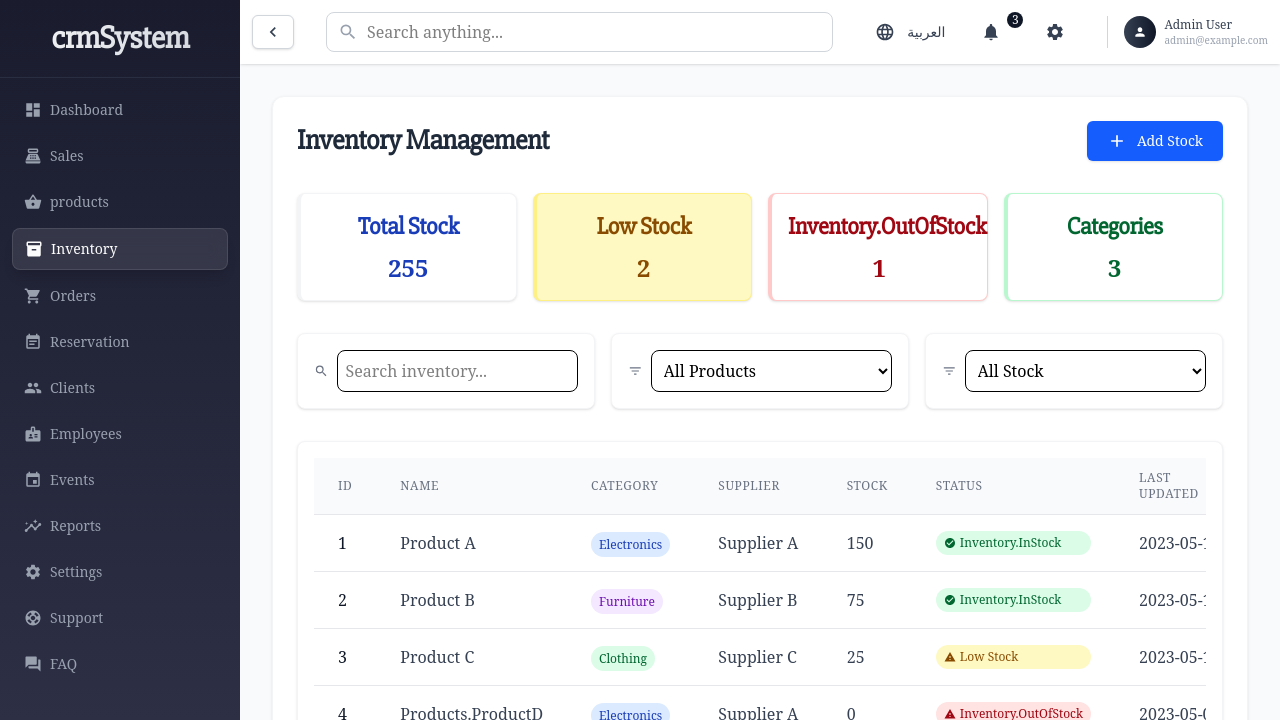
Repository: ahmedgamalalzatary/dashboard
Page: /, after clicking the first element matching `nav.overflow-y-auto > :nth-child(4)`
An editor plug-in stored every save of this project. The page is shown before and after the next save, followed by the edit.
The browser window is 1280 px wide. The pictures show the whole page.
An inner scrolling area shows only its first screen. The project was rebuilt for these pictures with package versions that can differ from the ones it lists, and the page was loaded fresh each time. Also part of the build but not shown: vite.config.js, src/Components/NotificationsPopup.jsx, src/Components/UI/Alerts.jsx, src/Components/UI/Modal.jsx, src/Pages/Sales.jsx, src/Pages/Products.jsx, src/Pages/Orders.jsx, src/Pages/Reservation.jsx and 7 more.

Above is the page before, as saved 2025-03-09 07:16:58.

After the next save:
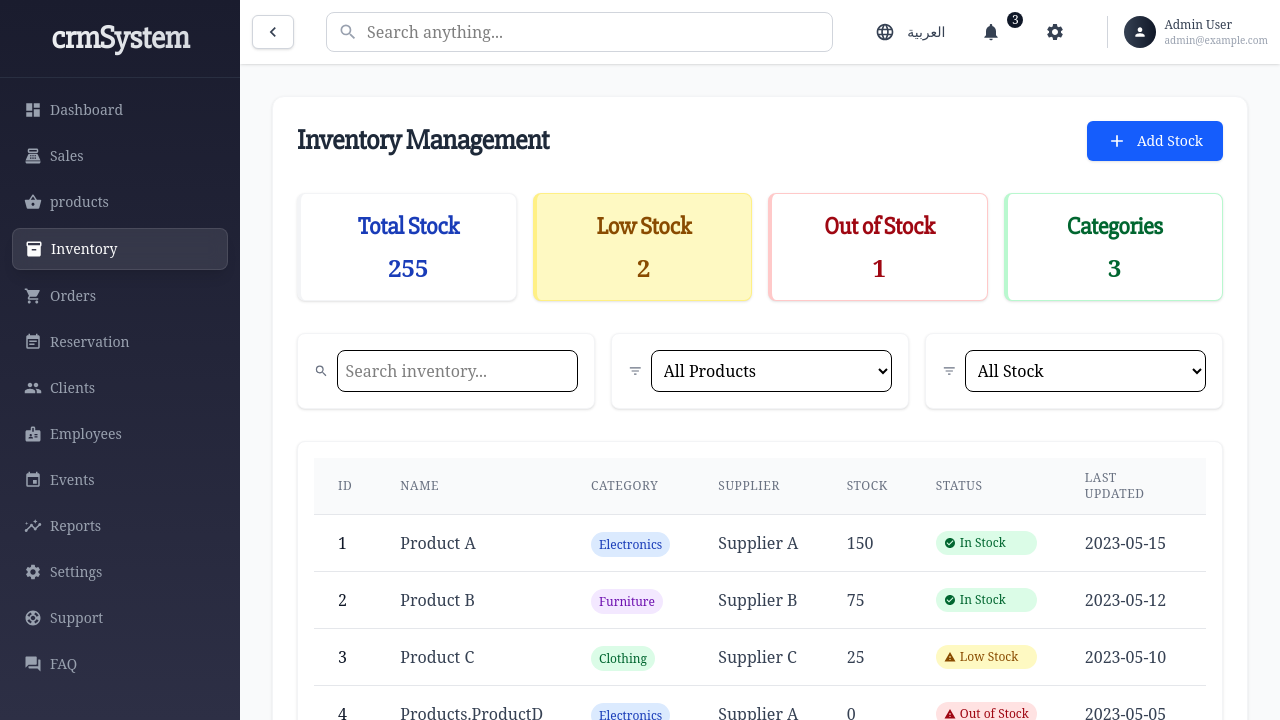
Saved 2 min 30 s later.
--- a/src/Pages/Inventory.jsx
+++ b/src/Pages/Inventory.jsx
@@ -244,7 +244,7 @@ function Inventory() {
                 {[
                     { title: t('Inventory.TotalStock'), value: inventoryStats.totalStock, color: 'bg-blue-100 text-blue-800 border-blue-200' },
                     { title: t('Inventory.LowStock'), value: inventoryStats.lowStockItems, color: 'bg-yellow-100 text-yellow-800 border-yellow-200' },
-                    { title: t('Inventory.OutOfStock'), value: inventoryStats.outOfStockItems, color: 'bg-red-100 text-red-800 border-red-200' },
+                    { title: t('Inventory.Status.OutOfStock'), value: inventoryStats.outOfStockItems, color: 'bg-red-100 text-red-800 border-red-200' },
                     { title: t('Inventory.Categories'), value: inventoryStats.categoryCount, color: 'bg-green-100 text-green-800 border-green-200' }
                 ].map((stat, idx) => (
                     <Card
@@ -306,9 +306,9 @@ function Inventory() {
                             onChange={(e) => setStockFilter(e.target.value)}
                         >
                             <option value="all">{t('Inventory.AllStock')}</option>
-                            <option value="in-stock">{t('Inventory.InStock')}</option>
-                            <option value="low-stock">{t('Inventory.LowStockItems')}</option>
-                            <option value="out-of-stock">{t('Inventory.OutOfStockItems')}</option>
+                            <option value="in-stock">{t('Inventory.Status.InStock')}</option>
+                            <option value="low-stock">{t('Inventory.Status.LowStock')}</option>
+                            <option value="out-of-stock">{t('Inventory.Status.OutOfStock')}</option>
                         </select>
                     </div>
                 </Card>
@@ -368,9 +368,9 @@ function Inventory() {
                                                 {item.status === 'in-stock' ? <MdCheckCircle className="mr-1" /> :
                                                  item.status === 'low-stock' ? <MdWarning className="mr-1" /> :
                                                  <MdWarning className="mr-1" />}
-                                                {item.status === 'in-stock' ? t('Inventory.InStock') :
-                                                 item.status === 'low-stock' ? t('Inventory.LowStock') :
-                                                 t('Inventory.OutOfStock')}
+                                                {item.status === 'in-stock' ? t('Inventory.Status.InStock') :
+                                                 item.status === 'low-stock' ? t('Inventory.Status.LowStock') :
+                                                 t('Inventory.Status.OutOfStock')}
                                             </span>
                                         </td>
                                         <td className="px-6 py-4 whitespace-nowrap text-gray-700">{item.lastUpdated}</td>
